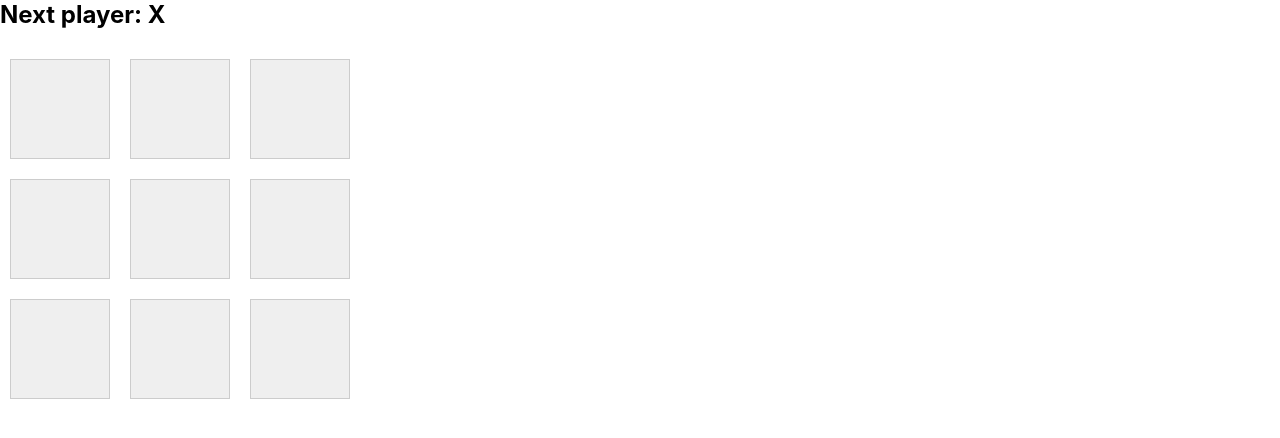
Repository: sedat-akdogan/React_Revision
Page: / (app in tic-tac-toe/)
These files come from the project's save history. The page is drawn as it stood at one moment and after the next save; the edit follows.
The browser window is 1280 px wide. The pictures show the whole page.
The project was rebuilt for these pictures with package versions that can differ from the ones it lists, and the page was loaded fresh each time.

Above is the page before, as saved 2023-05-13 00:38:24.

### tic-tac-toe/src/index.css
body {
    margin: 0;
    font-family: -apple-system, BlinkMacSystemFont, 'Segoe UI', 'Roboto', 'Oxygen',
        'Ubuntu', 'Cantarell', 'Fira Sans', 'Droid Sans', 'Helvetica Neue',
        sans-serif;
    -webkit-font-smoothing: antialiased;
    -moz-osx-font-smoothing: grayscale;
}

code {
    font-family: source-code-pro, Menlo, Monaco, Consolas, 'Courier New',
        monospace;
}

.square {
    width: 100px;
    height: 100px;
    font-size: 24px;
    border: 1px solid #ccc;
    display: inline-block;
    justify-content: center;
    align-items: center;
}

.board-row {
    display: flex;
}

.board-row .square {
    margin: 10px;
}

.board-row:last-child .square {
    margin-bottom: 0;
}

.status {
    color: ;
    font-size: 24px;
    margin-bottom: 20px;
    font-weight: bold;
}

### tic-tac-toe/src/App.js
import { useState } from 'react';


function Square({ value, onSquareClick }) {
    return (
        <button className="square" onClick={onSquareClick}>
            {value}
        </button>
    );
}

export default function Board() {
    const [xIsNext, setXIsNext] = useState(true);
    const [squares, setSquares] = useState(Array(9).fill(null));

    function handleClick(i) {
        if (squares[i] || calculateWinner(squares)) {
            return;
        }
        const nextSquares = squares.slice();
        if (xIsNext) {
            nextSquares[i] = 'X';
        } else {
            nextSquares[i] = 'O';
        }
        setSquares(nextSquares);
        setXIsNext(!xIsNext);
    }

    const winner = calculateWinner(squares);
    let status;
    if (winner) {
        status = "Winner: " + winner;
    } else {
        status = "Next player: " + (xIsNext ? "X" : "O");
    }

    return (
        <>
            <div className="status">{status}</div>
            <div className="board-row">
                <Square value={squares[0]} onSquareClick={() => handleClick(0)} />
                <Square value={squares[1]} onSquareClick={() => handleClick(1)} />
                <Square value={squares[2]} onSquareClick={() => handleClick(2)} />
            </div>
            <div className="board-row">
                <Square value={squares[3]} onSquareClick={() => handleClick(3)} />
                <Square value={squares[4]} onSquareClick={() => handleClick(4)} />
                <Square value={squares[5]} onSquareClick={() => handleClick(5)} />
            </div>
            <div className="board-row">
                <Square value={squares[6]} onSquareClick={() => handleClick(6)} />
                <Square value={squares[7]} onSquareClick={() => handleClick(7)} />
                <Square value={squares[8]} onSquareClick={() => handleClick(8)} />
            </div>
        </>
    );
}

function calculateWinner(squares) {
    const lines = [
        [0, 1, 2],
        [3, 4, 5],
        [6, 7, 8],
        [0, 3, 6],
        [1, 4, 7],
        [2, 5, 8],
        [0, 4, 8],
        [2, 4, 6]
    ];
    for (let i = 0; i < lines.length; i++) {
        const [a, b, c] = lines[i];
        if (squares[a] && squares[a] === squares[b] && squares[a] === squares[c]) {
            return squares[a];
        }
    }
    return null;
}

Loaded but not shown: tic-tac-toe/public/index.html (common file); tic-tac-toe/src/index.js (common file); tic-tac-toe/src/reportWebVitals.js (common file)

After the next save:
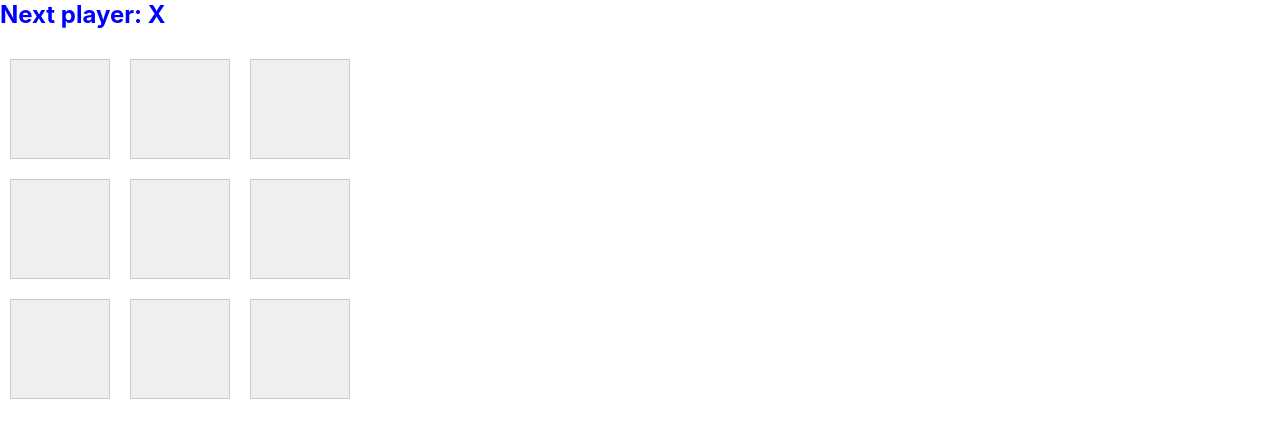
Saved 5 s later.
--- a/tic-tac-toe/src/index.css
+++ b/tic-tac-toe/src/index.css
@@ -35,7 +35,7 @@ code {
 }
 
 .status {
-    color: ;
+    color: blue;
     font-size: 24px;
     margin-bottom: 20px;
     font-weight: bold;
